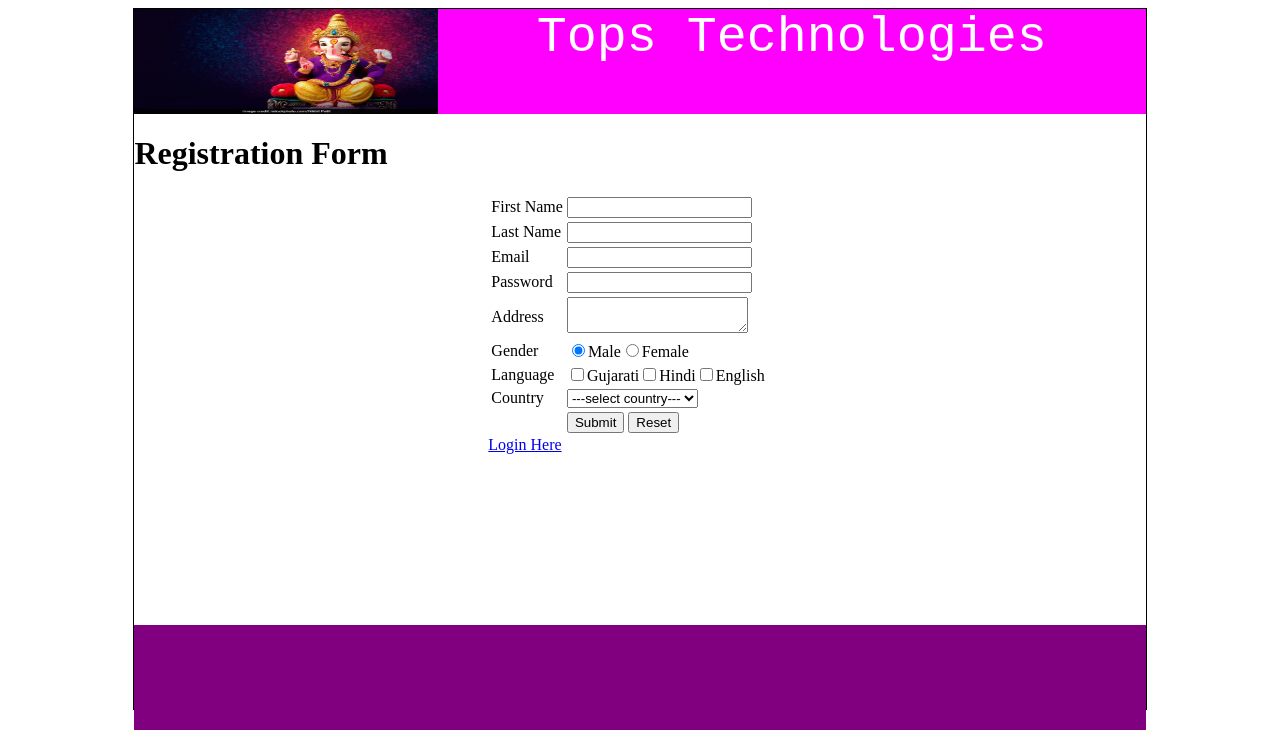
Repository: Laxman877/MyWorkspace
Page: Corejava/Learning_Web/src/main/webapp/division.html
The author's editor kept a copy of each file at every save. The page is drawn from the files as they stood at one save, then again after the next save.
The browser window is 1280 px wide. The pictures show the whole page.

Above is the page before, as saved 2022-04-27 05:42:35.

### Corejava/Learning_Web/src/main/webapp/division.html
<!DOCTYPE html>
<html>
<head>
<meta charset="ISO-8859-1">
<title>Learn Div</title>
<link href="css/style1.css" rel="stylesheet">
</head>
<body>
<div id="container">
<div id="header">
<div id="logo">
<img alt="" src="image/ganpati bappa.jpg" height="100%" width="100%">
</div>
<div id="title">Tops Technologies</div>
</div>
<div id="main">
<h1>Registration Form</h1>
<form action="success.html" method="post">
<table>

<tr>
<td><label>First Name</label></td>
<td><input type="text" name="fname" class="textfield"></td>
</tr>

<tr>
<td><label>Last Name</label></td>
<td><input type="text" name="lname" class="textfield"></td>
</tr>

<tr>
<td><label>Email</label></td>
<td><input type="text" name="email" class="textfield"></td>
</tr>

<tr>
<td><label>Password</label></td>
<td><input type="text" name="pass" class="textfield"></td>
</tr>

<tr>
<td><label>Address</label></td>
<td><textarea rows="2" cols="20" name="adr" class="textfield"></textarea></td>
</tr>

<tr>
<td><label>Gender</label></td>
<td><input type="radio" name="gender" checked="checked">Male<input type="radio" name="gender">Female</td>
</tr>

<tr>
<td><label>Language</label></td>
<td><input type="checkbox">Gujarati<input type="checkbox">Hindi<input type="checkbox">English</td>
</tr>

<tr>
<td><label>Country</label></td>
<td><select class="textfield"><option>---select country---</option>
<option>India</option>
<option>USA</option>
<option>UK</option>
</select></td>
</tr>

<tr>
<td></td>
<td><input type="submit" class="btn btn-smt">
<input type="reset" class="btn btn-rst"></td>
</tr>

</table>

<a href="Home.html">Login Here</a>
</form>
</div>
<div id="footer"></div>
</div>
</body>
</html>

### Corejava/Learning_Web/src/main/webapp/css/style1.css
@charset "ISO-8859-1";

#container
{
	width: 80%;
	height: 700px;
	border: 1px	solid black;
	margin: auto;
}
#header
{
	height: 15%;
	background-color: purple;
}
#logo
{
	width: 30%;
	background-color: lime;
	height: 100%;
	float: left;
}
#title
{
	width: 70%;
	background-color: fuchsia;
	height: 100%;
	float: right;
	font-size: 50px;
	text-align: center;
	color: white;
	font-family: monospace;
}
#main
{
	height: 70%;
}
#footer
{
	height: 15%;
	background-color: purple;
}
form
{
	width: 30%;
	margin: auto;
}

After the next save:
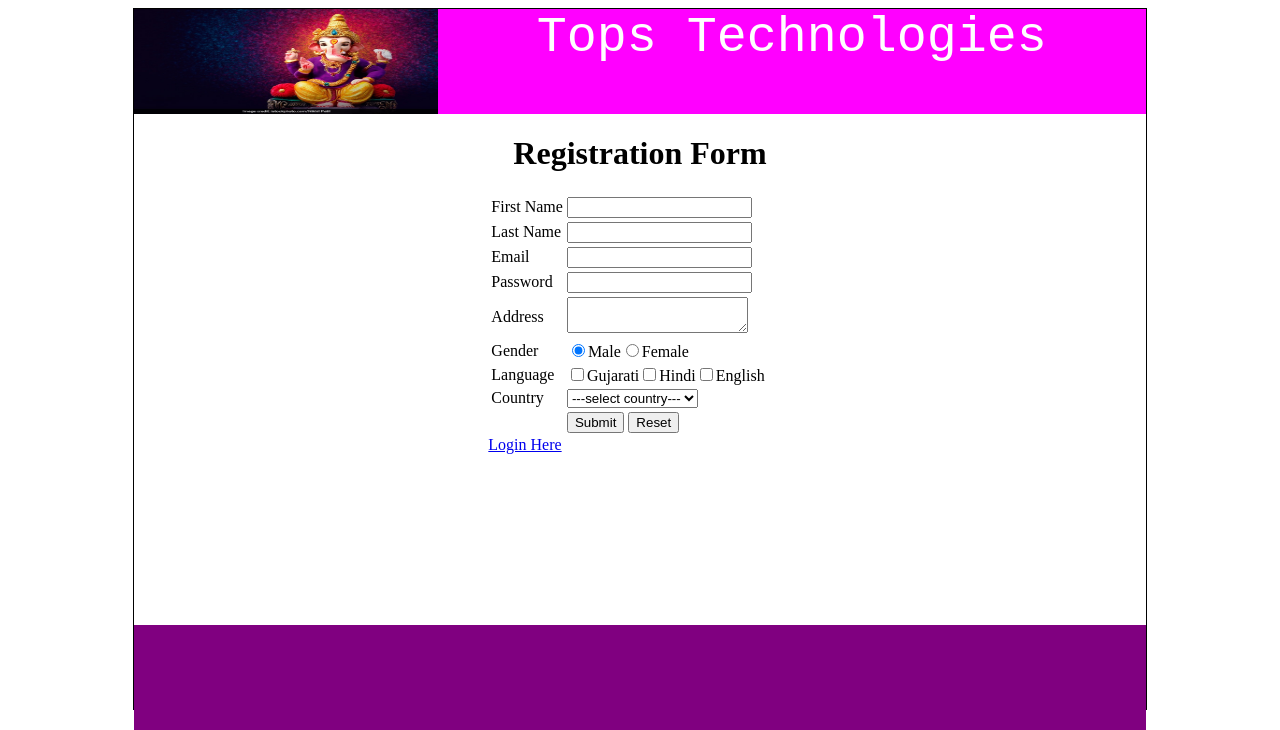
Saved 29 s later.
--- a/Corejava/Learning_Web/src/main/webapp/division.html
+++ b/Corejava/Learning_Web/src/main/webapp/division.html
@@ -14,7 +14,7 @@
 <div id="title">Tops Technologies</div>
 </div>
 <div id="main">
-<h1>Registration Form</h1>
+<h1 align="center">Registration Form</h1>
 <form action="success.html" method="post">
 <table>
 
